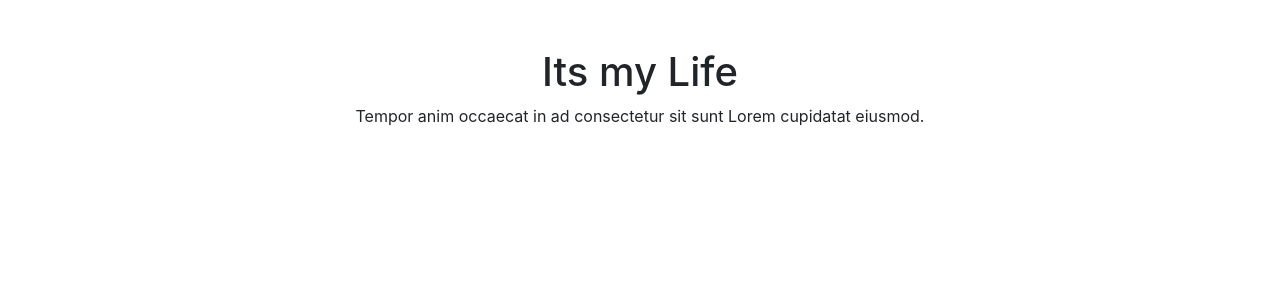
Repository: tanviredu/Data
Page: / (app in 28_vue_with_apis/vue-apis/)
An editor plug-in stored every save of this project. The page is shown before and after the next save, followed by the edit.
The browser window is 1280 px wide. The pictures show the whole page.
The project was rebuilt for these pictures with package versions that can differ from the ones it lists, and the page was loaded fresh each time.

Above is the page before, as saved 2020-07-13 08:52:09.

After the next save:
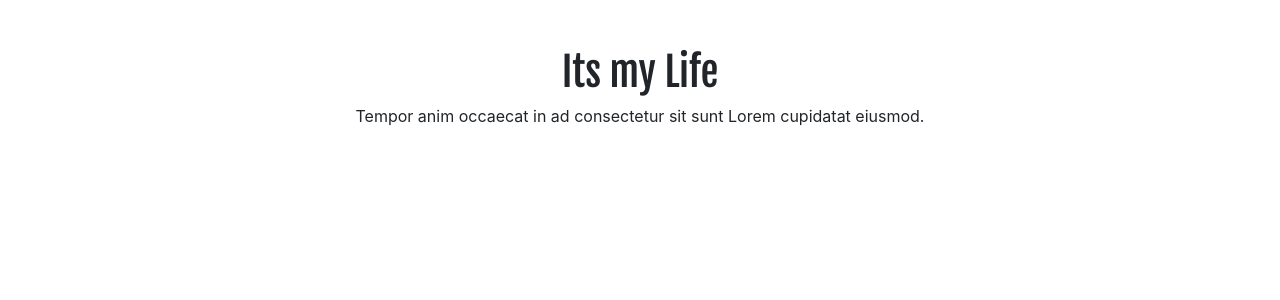
Saved 88 s later.
--- a/28_vue_with_apis/vue-apis/src/components/CurrentSong.vue
+++ b/28_vue_with_apis/vue-apis/src/components/CurrentSong.vue
@@ -7,7 +7,7 @@
           <div class="item container">
             <div class="row justify-content-center">
               <div class="song col-md-8 text-center">
-                <h1 class="song-name">{{song.name}}</h1>
+                <h1 class="song-name" style="font-family: 'Fjalla One'">{{song.name}}</h1>
               </div>
               <div class="song col-md-12 text-center">
                 <div class="song-description px-2">{{song.description}}</div>
@@ -29,3 +29,7 @@ export default {
 
 <style scoped>
 </style>
+
+    , sans-serif;
+
+    font-family: 'Open Sans', sans-serif;
